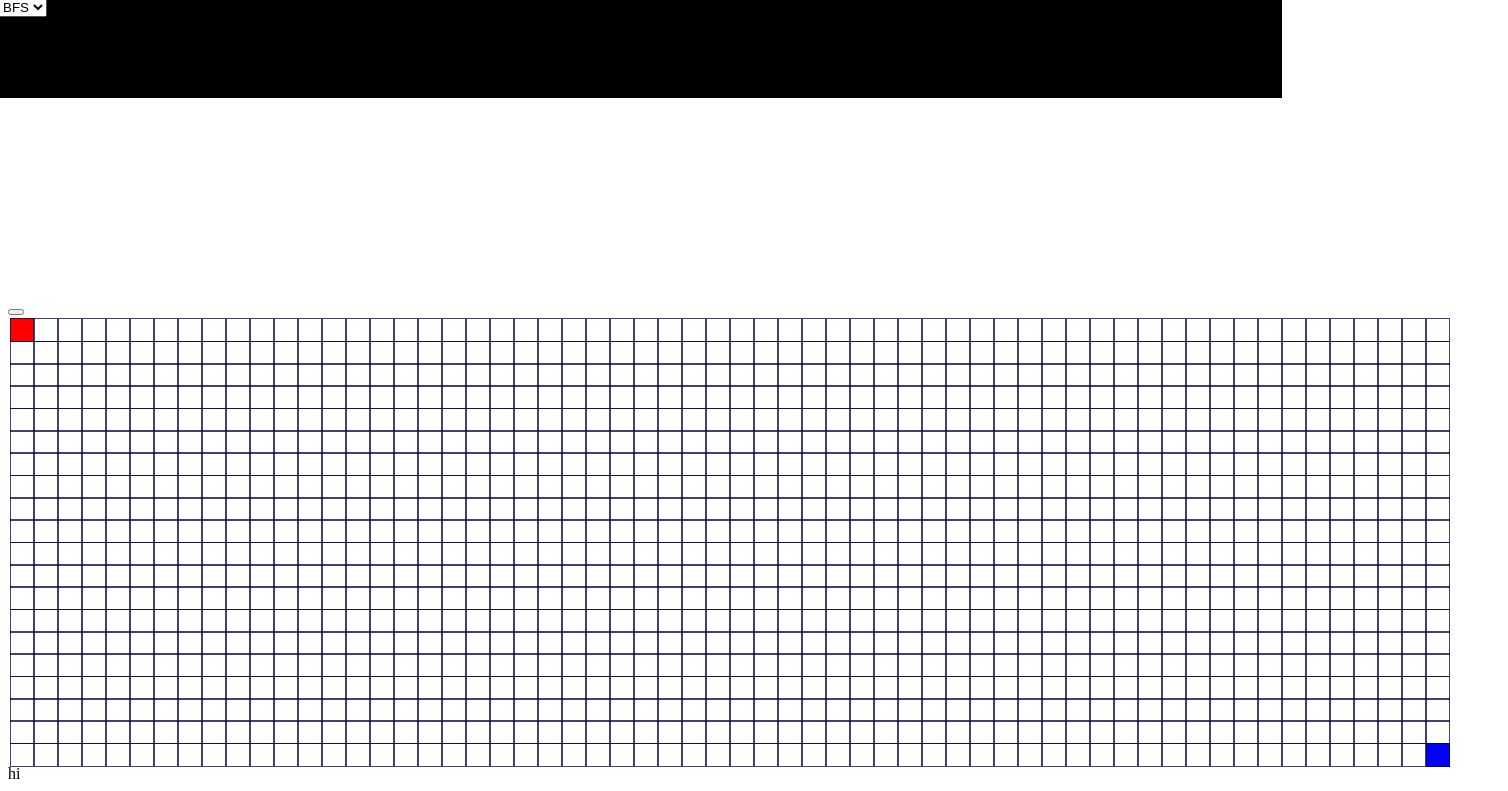
Repository: NikhilJohny/Pathfinding---ReactJS
Page: /
These files come from the project's save history. The page is drawn as it stood at one moment and after the next save; the edit follows.
The browser window is 1280 px wide. The page is 1508 px wide, so the pictures cover 1508 px, including what lies to the right of the window. The pictures show the whole page.
The project was rebuilt for these pictures with package versions that can differ from the ones it lists, and the page was loaded fresh each time.

Above is the page before, as saved 2021-05-11 14:43:21.

After the next save:
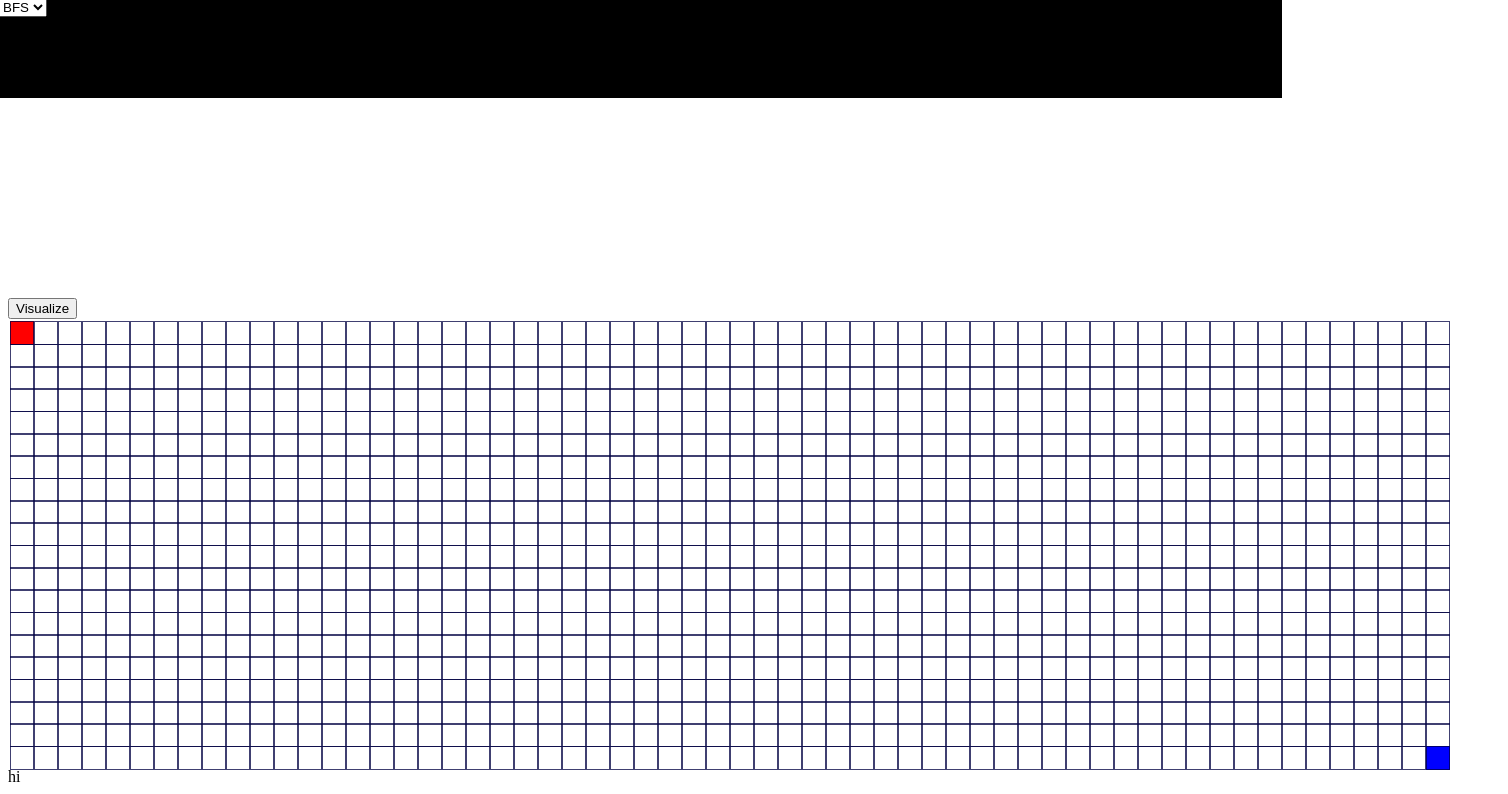
Saved 15 s later.
--- a/src/PathFindingView.js
+++ b/src/PathFindingView.js
@@ -184,7 +184,7 @@ export default class PathFindingView extends Component {
             this.setState({
               paused : val
             })
-          })}></button>
+          })}>Visualize</button>
           {testing}
           <table>
             <tbody>
